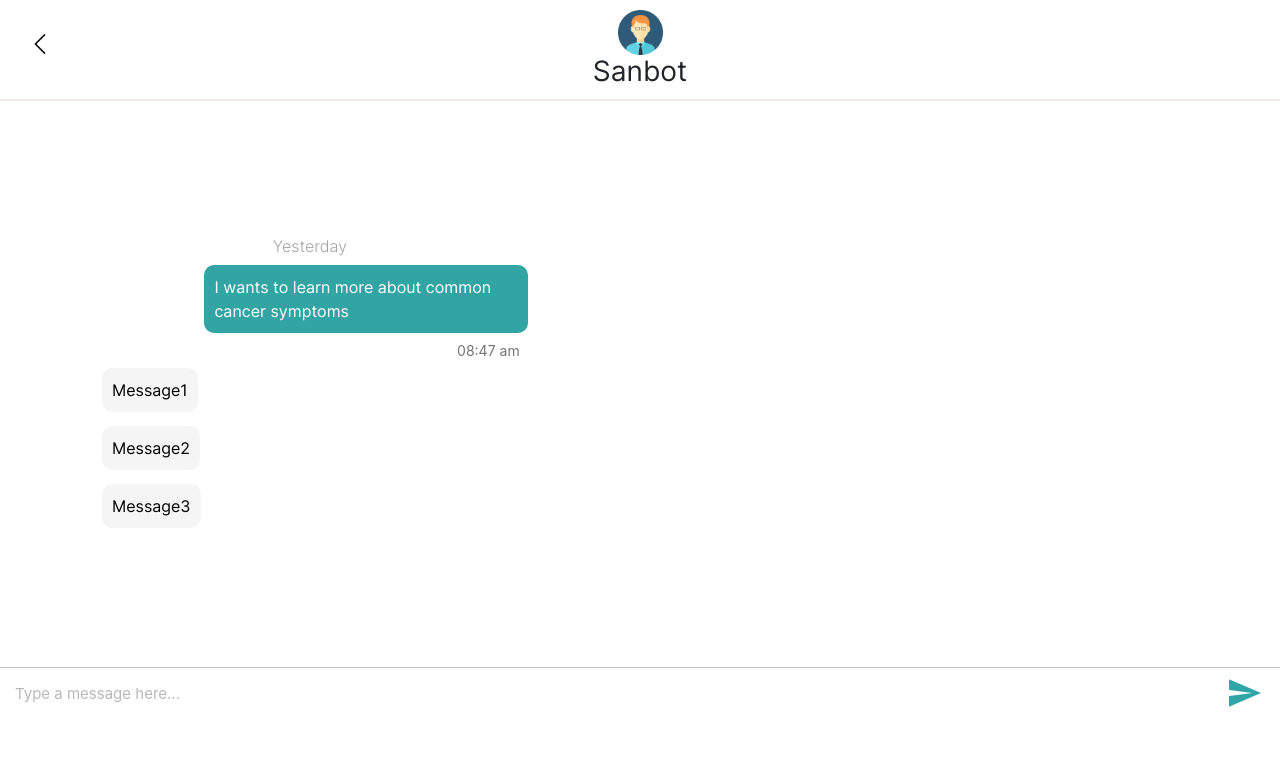
Repository: KevalGondaliya/helpsy_chat
Page: /
An editor plug-in stored every save of this project. The page is shown before and after the next save, followed by the edit.
The browser window is 1280 px wide. The pictures show the whole page.
Some web fonts or font styles are not loaded; a fallback is used. The project was rebuilt for these pictures with package versions that can differ from the ones it lists, and the page was loaded fresh each time. Also part of the build but not shown: src/components/Modal.js, src/components/OutgoingMessage.js, src/components/IncomingMessage.js.

Above is the page before, as saved 2020-12-22 14:32:07.

After the next save:
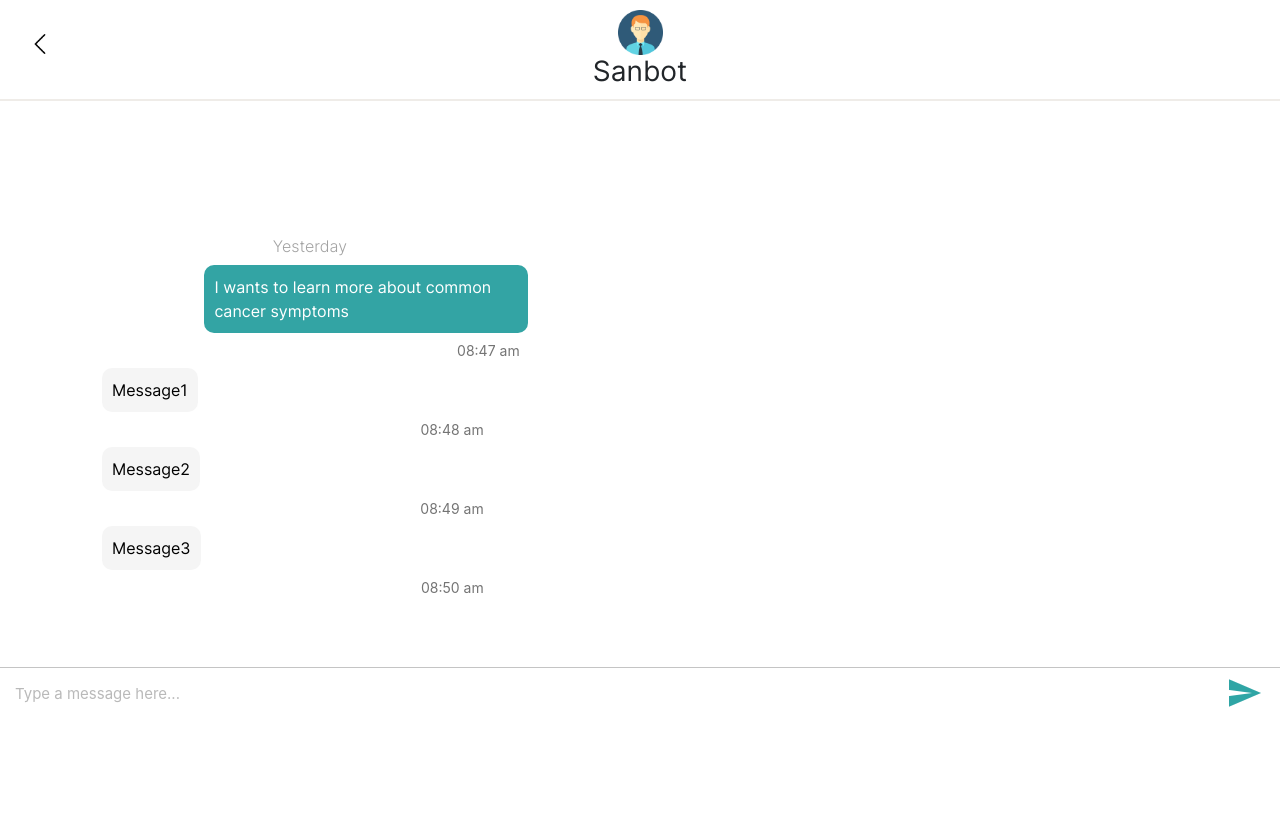
Saved 16 s later.
--- a/src/components/TextComponent.js
+++ b/src/components/TextComponent.js
@@ -61,6 +61,9 @@ const TextComponent = ({ messages, loggedInUserId }) => {
                       <div className="received_withd_msg" {...longPressEvent}>
                         <p>{message.message}</p>
                       </div>
+                      <span className="time_date_out">
+                        {moment(message.createdAt).format("hh:mm a")}
+                      </span>
                       {longPress && (
                         <div className="likesBtn" onClick={onLike}>
                           <img
